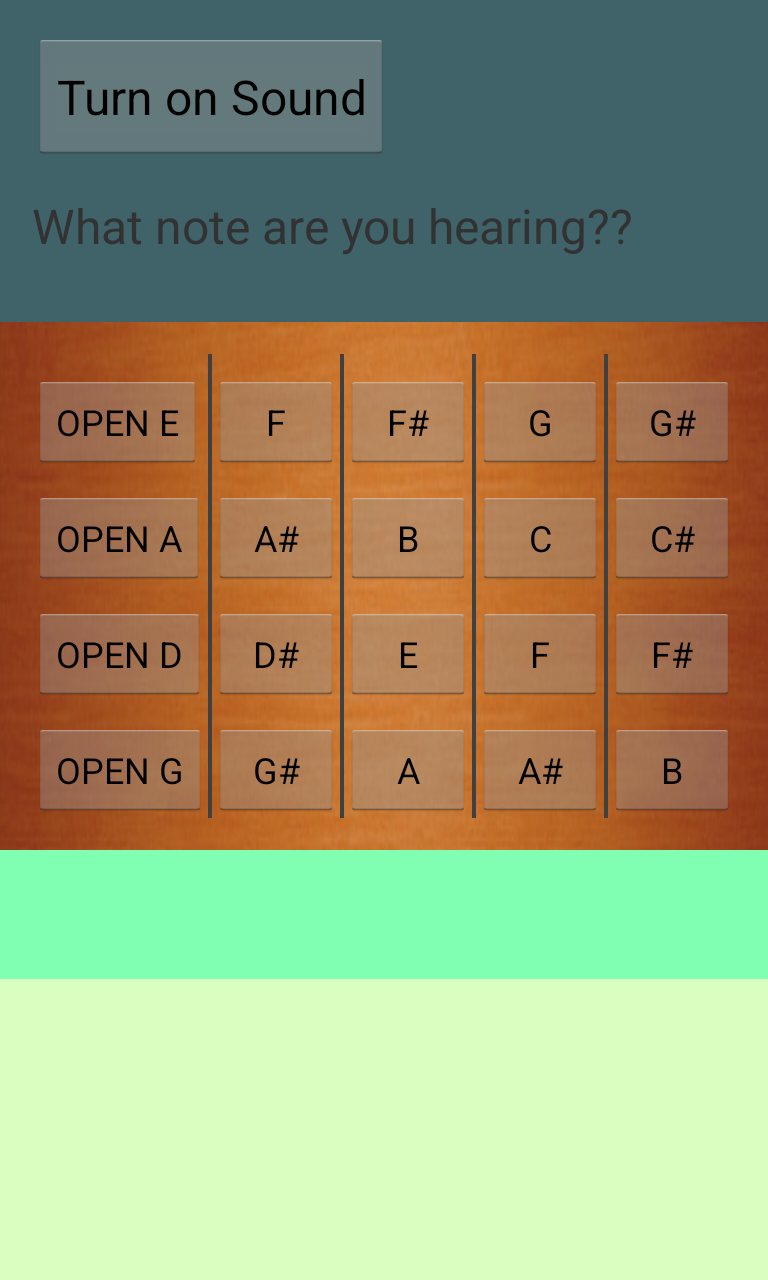
Repository: elliott-ribner/android-guitar-trainer
Layout: randomnotegenerator/res/layout/activity_main.xml
An editor plug-in stored every save of this project. The layout is shown before and after the next save, followed by the edit.
It is drawn on a 768 x 1280 px phone screen (xhdpi) without system bars, with theme AppTheme; the app's code is not run.

Above is the layout before, as saved 2014-06-09 00:48:09.

### randomnotegenerator/res/layout/activity_main.xml
<LinearLayout xmlns:android="http://schemas.android.com/apk/res/android"
    xmlns:tools="http://schemas.android.com/tools"
    android:layout_width="match_parent"
    android:layout_height="match_parent"
    android:background="#D9FFC0"
    android:orientation="vertical"
    tools:context="com.elliott.randomnotegenerator.MainActivity$PlaceholderFragment" >

    <LinearLayout
        android:layout_width="fill_parent"
        android:layout_height="wrap_content"
        android:background="#3F6369"
        android:orientation="vertical"
        android:paddingBottom="@dimen/activity_vertical_margin"
        android:paddingLeft="@dimen/activity_horizontal_margin"
        android:paddingRight="@dimen/activity_horizontal_margin"
        android:paddingTop="@dimen/activity_vertical_margin" >

        <Button
            android:id="@+id/ButtonPlay"
            android:layout_width="wrap_content"
            android:layout_height="wrap_content"
            android:paddingBottom="@dimen/activity_vertical_margin"
            android:paddingTop="@dimen/activity_vertical_margin"
            android:text="@string/play"
            android:textSize="24sp" />

        <TextView
            android:id="@+id/promptBox"
            android:layout_width="wrap_content"
            android:layout_height="wrap_content"
            android:paddingBottom="@dimen/activity_vertical_margin"
            android:paddingTop="@dimen/activity_vertical_margin"
            android:text="@string/prompt"
            android:textSize="24sp" />
    </LinearLayout>

    <LinearLayout
        android:layout_width="fill_parent"
        android:layout_height="wrap_content"
        android:background="@drawable/background"
        android:orientation="vertical"
         >

        <LinearLayout
            android:layout_width="fill_parent"
            android:layout_height="wrap_content"
            android:orientation="horizontal"
            android:paddingBottom="@dimen/activity_vertical_margin"
        android:paddingLeft="@dimen/activity_horizontal_margin"
        android:paddingRight="@dimen/activity_horizontal_margin"
        android:paddingTop="@dimen/activity_vertical_margin"  >

            <LinearLayout
                android:layout_width="wrap_content"
                android:layout_height="wrap_content"
                android:orientation="vertical" >

                <Button
                    android:id="@+id/ButtonEL"
                    android:layout_width="wrap_content"
                    android:layout_height="wrap_content"
                    android:layout_marginTop="10dp"
                    android:text="@string/el" />

                <Button
                    android:id="@+id/ButtonAL"
                    android:layout_width="wrap_content"
                    android:layout_height="wrap_content"
                    android:layout_marginTop="10dp"
                    android:text="@string/al" />

                <Button
                    android:id="@+id/ButtonD"
                    android:layout_width="wrap_content"
                    android:layout_height="wrap_content"
                    android:layout_marginTop="10dp"
                    android:text="@string/d" />

                <Button
                    android:id="@+id/ButtonG"
                    android:layout_width="wrap_content"
                    android:layout_height="wrap_content"
                    android:layout_marginTop="10dp"
                    android:text="@string/g" />
            </LinearLayout>

            <View
                android:layout_width="2dip"
                android:layout_height="fill_parent"
                android:background="#404040" />

            <LinearLayout
                android:layout_width="wrap_content"
                android:layout_height="wrap_content"
                android:orientation="vertical" >

                <Button
                    android:id="@+id/ButtonFL"
                    android:layout_width="wrap_content"
                    android:layout_height="wrap_content"
                    android:layout_marginTop="10dp"
                    android:text="@string/fl" />

                <Button
                    android:id="@+id/ButtonASL"
                    android:layout_width="wrap_content"
                    android:layout_height="wrap_content"
                    android:layout_marginTop="10dp"
                    android:text="@string/asl" />

                <Button
                    android:id="@+id/ButtonDS"
                    android:layout_width="wrap_content"
                    android:layout_height="wrap_content"
                    android:layout_marginTop="10dp"
                    android:text="@string/ds" />

                <Button
                    android:id="@+id/ButtonGS"
                    android:layout_width="wrap_content"
                    android:layout_height="wrap_content"
                    android:layout_marginTop="10dp"
                    android:text="@string/gs" />
            </LinearLayout>

            <View
                android:layout_width="2dip"
                android:layout_height="fill_parent"
                android:background="#404040" />

            <LinearLayout
                android:layout_width="wrap_content"
                android:layout_height="wrap_content"
                android:orientation="vertical" >

                <Button
                    android:id="@+id/ButtonFSL"
                    android:layout_width="wrap_content"
                    android:layout_height="wrap_content"
                    android:layout_marginTop="10dp"
                    android:text="@string/fsl" />

                <Button
                    android:id="@+id/ButtonBL"
                    android:layout_width="wrap_content"
                    android:layout_height="wrap_content"
                    android:layout_marginTop="10dp"
                    android:text="@string/bl" />

                <Button
                    android:id="@+id/ButtonE"
                    android:layout_width="wrap_content"
                    android:layout_height="wrap_content"
                    android:layout_marginTop="10dp"
                    android:text="@string/e" />

                <Button
                    android:id="@+id/ButtonA"
                    android:layout_width="wrap_content"
                    android:layout_height="wrap_content"
                    android:layout_marginTop="10dp"
                    android:text="@string/a" />
            </LinearLayout>

            <View
                android:layout_width="2dip"
                android:layout_height="fill_parent"
                android:background="#404040" />

            <LinearLayout
                android:layout_width="wrap_content"
                android:layout_height="wrap_content"
                android:orientation="vertical" >

                <Button
                    android:id="@+id/ButtonGL"
                    android:layout_width="wrap_content"
                    android:layout_height="wrap_content"
                    android:layout_marginTop="10dp"
                    android:text="@string/gl" />

                <Button
                    android:id="@+id/ButtonC"
                    android:layout_width="wrap_content"
                    android:layout_height="wrap_content"
                    android:layout_marginTop="10dp"
                    android:text="@string/c" />

                <Button
                    android:id="@+id/ButtonF"
                    android:layout_width="wrap_content"
                    android:layout_height="wrap_content"
                    android:layout_marginTop="10dp"
                    android:text="@string/f" />

                <Button
                    android:id="@+id/ButtonAS"
                    android:layout_width="wrap_content"
                    android:layout_height="wrap_content"
                    android:layout_marginTop="10dp"
                    android:text="@string/as" />
            </LinearLayout>

            <View
                android:layout_width="2dip"
                android:layout_height="fill_parent"
                android:background="#404040" />

            <LinearLayout
                android:layout_width="wrap_content"
                android:layout_height="wrap_content"
                android:orientation="vertical" >

                <Button
                    android:id="@+id/ButtonGSL"
                    android:layout_width="wrap_content"
                    android:layout_height="wrap_content"
                    android:layout_marginTop="10dp"
                    android:text="@string/gsl" />

                <Button
                    android:id="@+id/ButtonCS"
                    android:layout_width="wrap_content"
                    android:layout_height="wrap_content"
                    android:layout_marginTop="10dp"
                    android:text="@string/cs" />

                <Button
                    android:id="@+id/ButtonFS"
                    android:layout_width="wrap_content"
                    android:layout_height="wrap_content"
                    android:layout_marginTop="10dp"
                    android:text="@string/fs" />

                <Button
                    android:id="@+id/ButtonB"
                    android:layout_width="wrap_content"
                    android:layout_height="wrap_content"
                    android:layout_marginTop="10dp"
                    android:text="@string/b" />
            </LinearLayout>

        </LinearLayout>



    </LinearLayout>

         <LinearLayout
        android:layout_width="fill_parent"
        android:layout_height="wrap_content"
        android:orientation="vertical"
        android:background="#80FFB3"
        android:paddingBottom="@dimen/activity_vertical_margin"
        android:paddingLeft="@dimen/activity_horizontal_margin"
        android:paddingRight="@dimen/activity_horizontal_margin"
        android:paddingTop="@dimen/activity_vertical_margin" >

        <TextView
            android:id="@+id/resultBox"
            android:layout_width="wrap_content"
            android:layout_height="wrap_content"
            android:text="@string/result"
            android:textSize="24sp" />
    </LinearLayout>

</LinearLayout>

### randomnotegenerator/res/values/strings.xml
<?xml version="1.0" encoding="utf-8"?>
<resources>

    <string name="app_name">Bass Guitar Ear Trainer</string>
    <string name="hello_world">Hello world!</string>
    <string name="action_settings">Settings</string>
	<string name="play">Turn on Sound</string>
	<string name="prompt">What note are you hearing??</string>
	<string name="result"></string>
	<string name="c">C</string>
	<string name="cs">C#</string>
	<string name="d">OPEN D</string>
	<string name="ds">D#</string>
	<string name="e">E</string>
	<string name="f">F</string>
	<string name="fs">F#</string>
	<string name="g">OPEN G</string>
	<string name="gs">G#</string>
	<string name="a"> A</string>
	<string name="as">A#</string>
	<string name="b">B</string>
	<string name="el">OPEN E</string>
	<string name="fl">F</string>
	<string name="fsl">F#</string>
	<string name="gl">G</string>
	<string name="gsl">G#</string>
	<string name="al">OPEN A</string>
	<string name="asl">A#</string>
	<string name="bl">B</string>

</resources>

Loaded but not shown: randomnotegenerator/res/values/styles.xml (common file); randomnotegenerator/res/values-v11/styles.xml (common file); randomnotegenerator/res/values-v14/styles.xml (common file); randomnotegenerator/res/values/dimens.xml (common file); randomnotegenerator/res/values-w820dp/dimens.xml (common file)

After the next save:
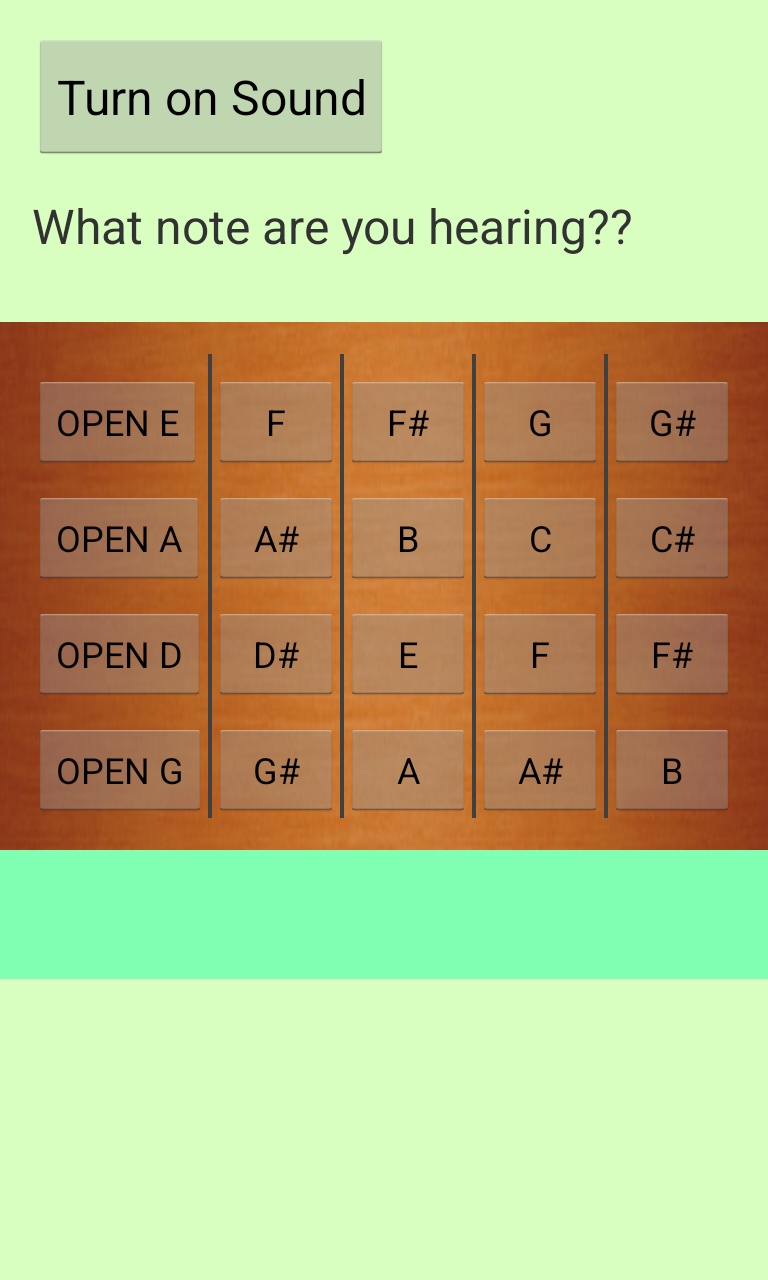
Saved 8 s later.
--- a/randomnotegenerator/res/layout/activity_main.xml
+++ b/randomnotegenerator/res/layout/activity_main.xml
@@ -9,7 +9,7 @@
     <LinearLayout
         android:layout_width="fill_parent"
         android:layout_height="wrap_content"
-        android:background="#3F6369"
+        android:background="#D9FFC0"
         android:orientation="vertical"
         android:paddingBottom="@dimen/activity_vertical_margin"
         android:paddingLeft="@dimen/activity_horizontal_margin"
